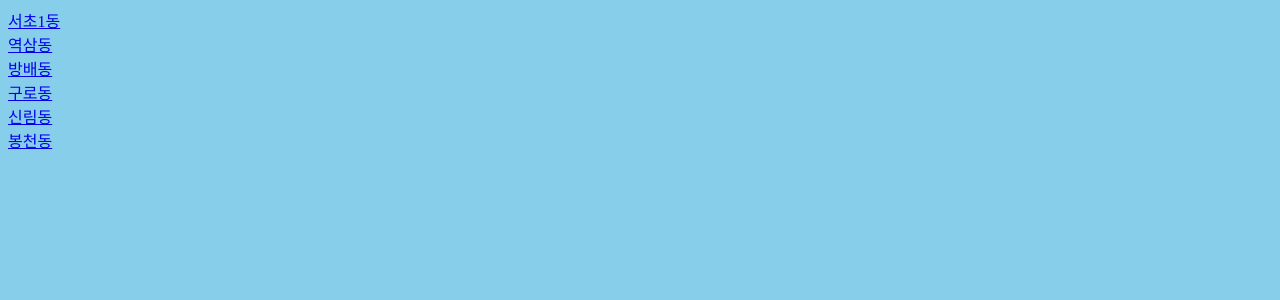
Repository: wishinghyun/multicampus
Page: webwork/clientweb/WebContent/js_bom/js_popup.html
The author's editor kept a copy of each file at every save. The page is drawn from the files as they stood at one save, then again after the next save.
The browser window is 1280 px wide. The pictures show the whole page.

Above is the page before, as saved 2020-01-08 05:14:36.

After the next save:
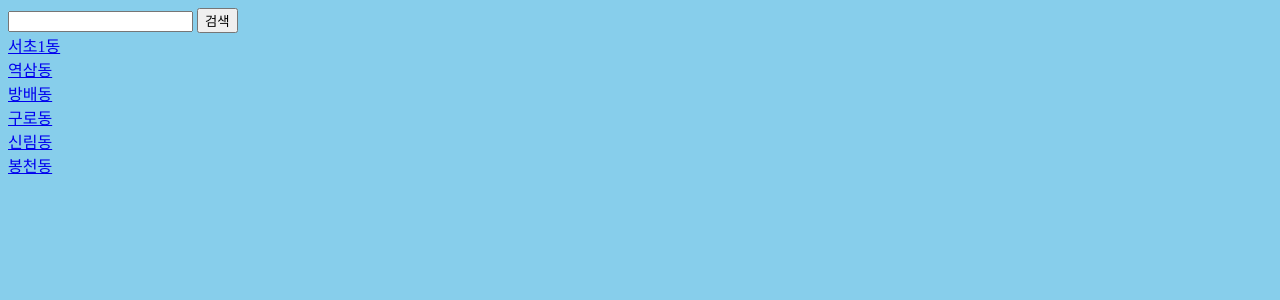
Saved 14 s later.
--- a/webwork/clientweb/WebContent/js_bom/js_popup.html
+++ b/webwork/clientweb/WebContent/js_bom/js_popup.html
@@ -5,6 +5,10 @@
 <title>Insert title here</title>
 </head>
 <body bgcolor="skyblue">
+	<form name="mypopup" action="search.jsp">
+		<input type="text" name="data">
+		<input type="button" value="검색">
+	</form>
 	<a href="#">서초1동</a><br/>
 	<a href="#">역삼동</a><br/>
 	<a href="#">방배동</a><br/>
